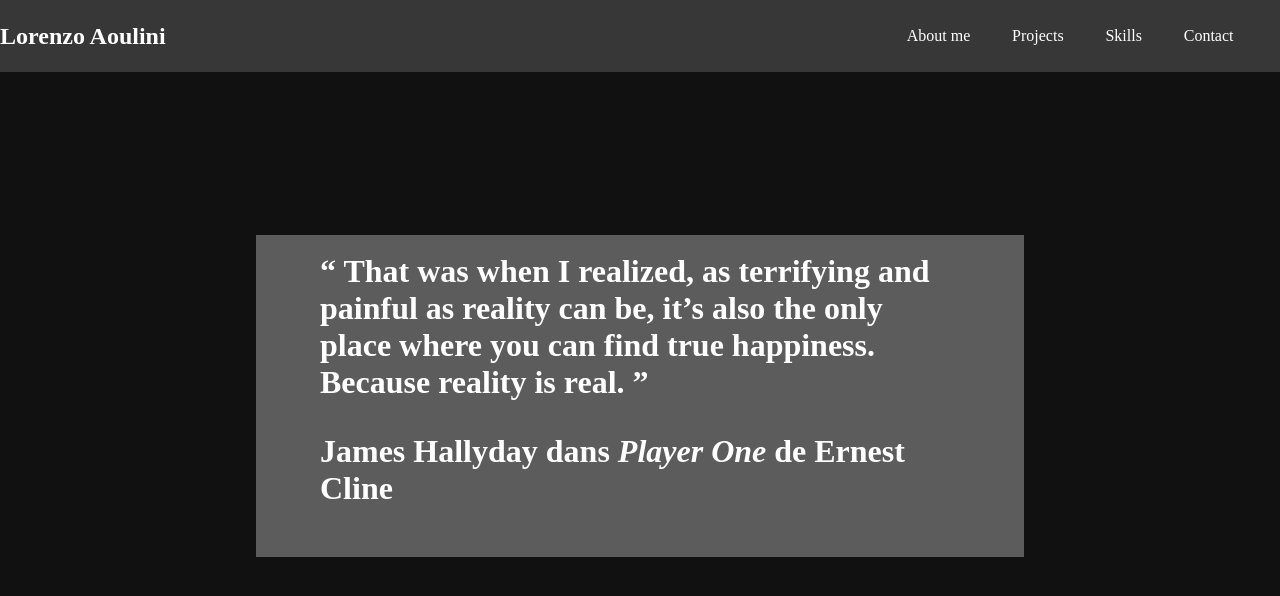
Repository: lolo298/lolo298.github.io
Page: index.html
These files come from the project's save history. The page is drawn as it stood at one moment and after the next save; the edit follows.
The browser window is 1280 px wide. The pictures show the whole page.

Above is the page before, as saved 2022-05-10 14:13:43.

### index.html
<!DOCTYPE html>
<html lang="en">

<head>
    <meta charset="UTF-8">
    <meta http-equiv="X-UA-Compatible" content="IE=edge">
    <meta name="viewport" content="width=device-width, initial-scale=1.0">
    <link rel="stylesheet" href="css/style.css">
    <script src="js/functions.js"></script>
    <title>Portfolio</title>
</head>

<body>
    <div class="main-container">
        <nav class="main-navbar">
            <h1>Lorenzo Aoulini</h1>
            <div class="main-navbar-list">
                <a class="main-navbar-item" href="#">
                    <div>Contact</div>
                </a>
                <a class="main-navbar-item" href="#">
                    <div>Skills</div>
                </a>
                <a class="main-navbar-item" href="#">
                    <div>Projects</div>
                </a>
                <a class="main-navbar-item" href="#">
                    <div>About me</div>
                </a>
            </div>

        </nav>
        <div class="landing">
            <div class="quote-container">
                <div class="quote-text">
                    <q>
                    That was when I realized, as terrifying and painful as reality can be, it’s also the only place where you can find true happiness. Because reality is real.
                </q>
                    <div class="quote-author">
                        <p>
                            James Hallyday dans
                            <cite>Player One</cite> de Ernest Cline

                        </p>
                    </div>
                </div>
            </div>
        </div>
    </div>

</body>

</html>

### css/style.css
    html {
        background-color: #111111;
    }

    body {
        padding: 0;
        margin: 0;
        width: 100vw;
        height: 100vh;
    }
    /* styling of navbar */

    .main-container {
        color: white;
        height: 100%;
        width: 100%;
    }

    .main-navbar {
        background-color: #373737;
        height: 10%;
        width: 100%;
        display: flex;
        justify-content: space-between;
        align-items: center;
    }

    .main-navbar>* {
        margin: 0;
    }

    .main-navbar>h1 {
        width: 20%;
    }

    .main-navbar-list {
        width: 100%;
        display: flex;
        flex-direction: row-reverse;
        align-items: center;
        list-style: none;
        margin-right: 2%;
        height: 100%;
    }

    .main-navbar-item {
        display: flex;
        align-items: center;
        justify-content: center;
        text-decoration: none;
        color: white;
        width: max-content;
        height: 100%;
        padding: 0% 2% 0% 2%;
    }

    .main-navbar-item:hover {
        background-color: #6A6A6A;
    }

    .main-navbar-item>div {
        width: max-content;
    }
    /* styling of landing page */

    .landing {
        height: 90%;
        width: 100%;
        display: flex;
        justify-content: center;
        align-items: center;
    }
    /* styling of quote */

    .quote-container {
        width: 50%;
        height: 30%;
        padding: 5%;
        margin: auto;
        display: flex;
        justify-content: center;
        align-items: center;
        flex-direction: column;
        background-color: rgba(196, 196, 196, 0.42);
    }

    .quote-text {
        font-size: 2em;
        font-weight: bold;
    }

    .quote-author {
        font-size: 1em;
        font-weight: bold;
    }

Loaded but not shown: js/functions.js (no copy from this time; the picture is the same without it)

After the next save:
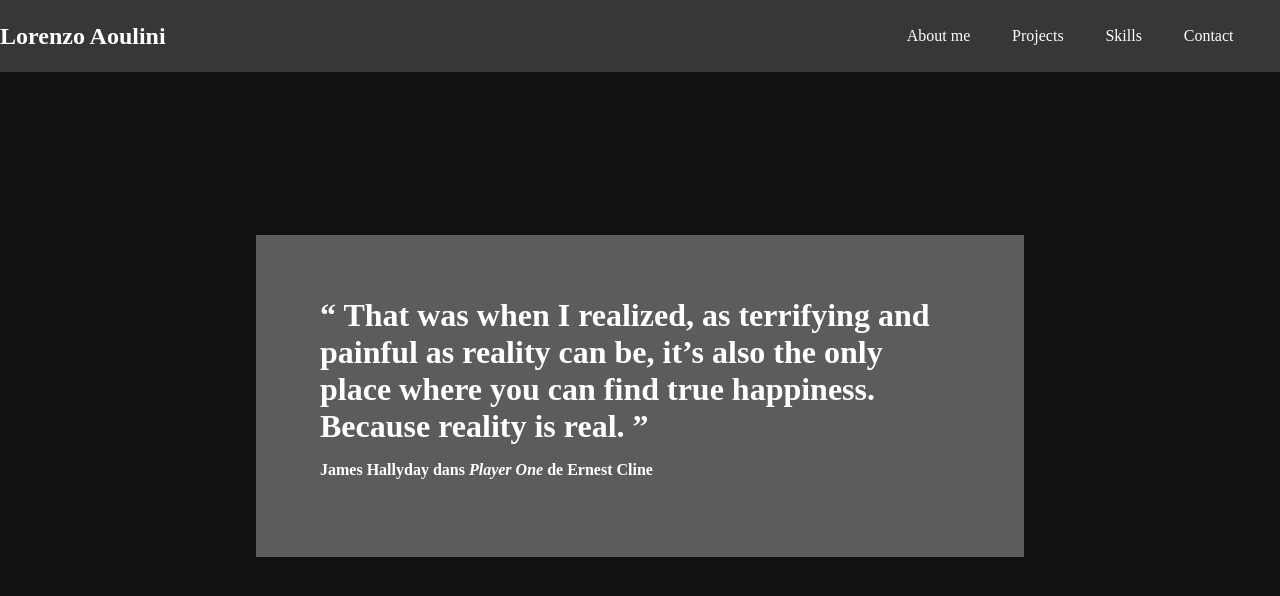
Saved 11 s later.
--- a/css/style.css
+++ b/css/style.css
@@ -90,6 +90,6 @@
     }
 
     .quote-author {
-        font-size: 1em;
+        font-size: .5em;
         font-weight: bold;
     }
